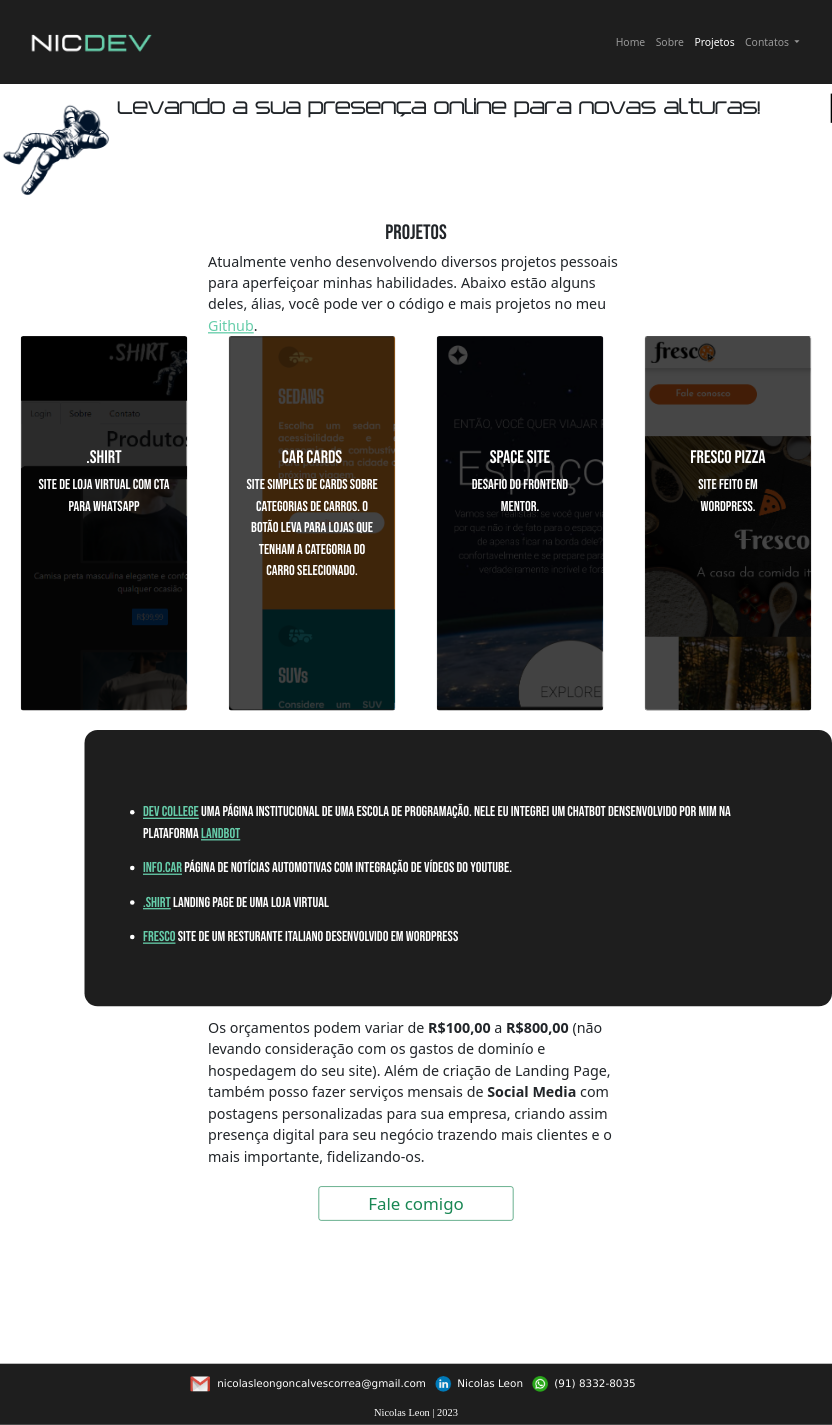
Repository: Leonngc/nicdev
Page: projects.html
These files come from the project's save history. The page is drawn as it stood at one moment and after a run of saves; the edit follows.
The browser window is 1280 px wide. The pictures show the whole page, at 65% of full size.

Above is the page before, as saved 2023-06-04 23:15:30.

After the next 6 saves:
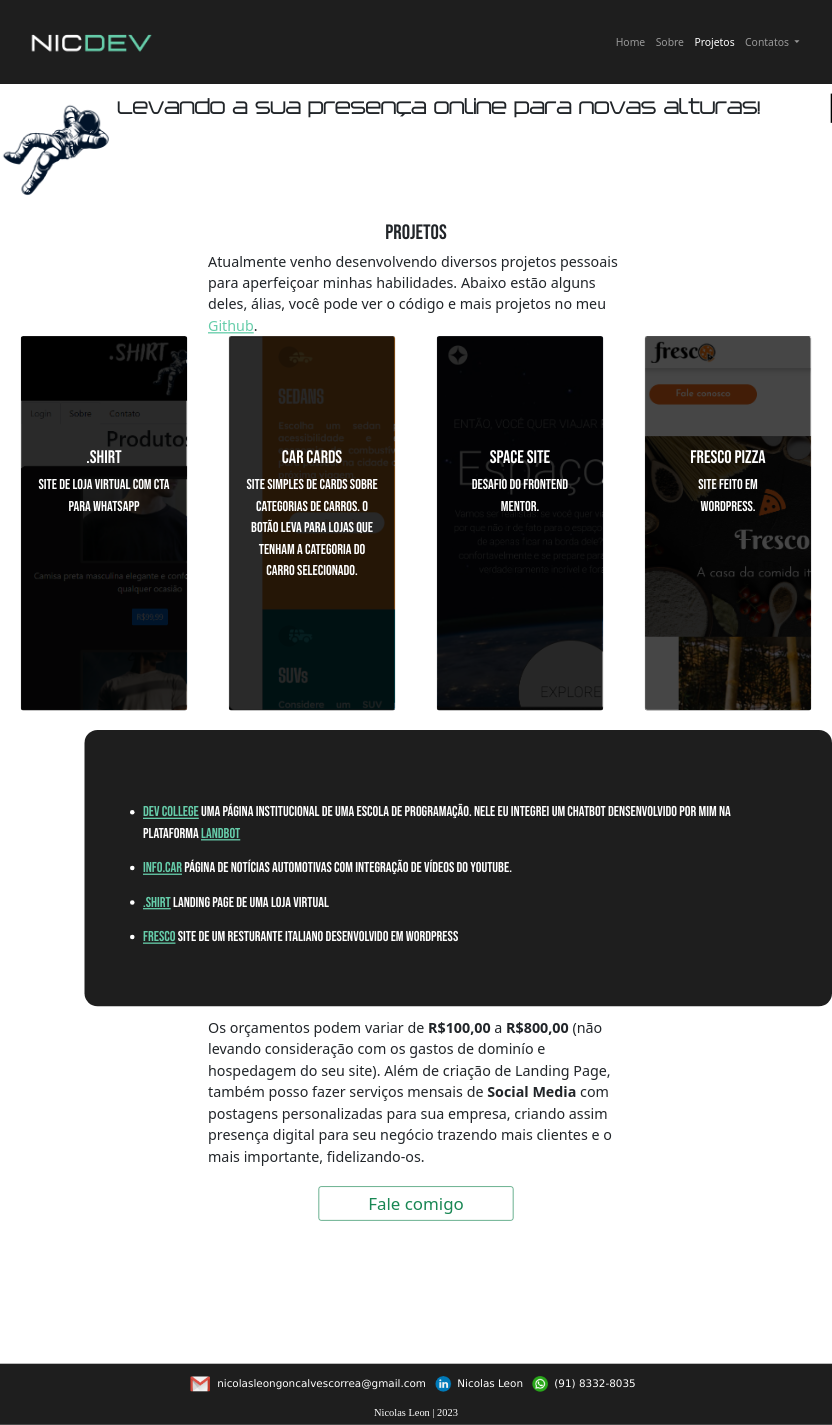
The 6 saves are shown as one change because they came seconds apart.
The last was saved 19 s later.
--- a/styles/projects.css
+++ b/styles/projects.css
@@ -114,19 +114,19 @@ li > img{
   background-image: url(../images/2023-06-04\ \(1\).png);
   background-repeat: no-repeat;
   background-size: cover;
-  box-shadow: inset 0 0 0 50vw rgba(0, 0, 0, 0.833);
+  box-shadow: inset 0 0 0 50vw rgba(0, 0, 0, 0.835);
 }
 #card-1{
   background-image: url(../images/carcards.png);
   background-repeat: no-repeat;
   background-size: cover;
-  box-shadow: inset 0 0 0 50vw rgba(0, 0, 0, 0.727);
+  box-shadow: inset 0 0 0 50vw rgba(0, 0, 0, 0.835);
 }
 #card-2{
   background-image: url(../images/spacesite.png);
   background-repeat: no-repeat;
   background-size: cover;
-  box-shadow: inset 0 0 0 50vw rgba(0, 0, 0, 0.727);
+  box-shadow: inset 0 0 0 50vw rgba(0, 0, 0, 0.835);
 }
 
 #card-3{
